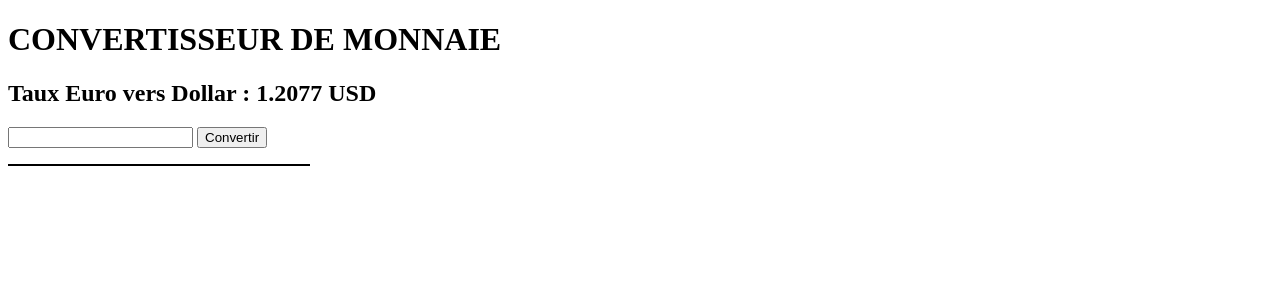
Repository: techmindconsulting/wordshiop-js
Page: index.html
These files come from the project's save history. The page is drawn as it stood at one moment and after the next save; the edit follows.
The browser window is 1280 px wide. The pictures show the whole page.

Above is the page before, as saved 2021-01-17 12:57:40.

### index.html
<!DOCTYPE html>
<html lang="en">
<head>
    <meta charset="UTF-8">
    <meta name="viewport" content="width=device-width, initial-scale=1.0">
    <title>Convertisseur</title>
    <script src="conversion.js"></script>
    <style>
        p {
            border: 1px solid black;
            width: 300px;
            height; 100px;
        }
    </style>
</head>
<body>
    <h1>CONVERTISSEUR DE MONNAIE</h1>
    <h2>Taux Euro vers Dollar : 1.2077 USD</h2>
    <input type="text" id="amount">
    <input type="button" value="Convertir" onClick=convertir()>
    <p id="resultat"></p>
</body>
</html>

### conversion.js
function convertir() {
    const CURRENCY = 1.2077;
    let resultat;
    let amount = document.getElementById('amount').value;
    resultat = amount * CURRENCY;

    console.log(resultat);

}

After the next save:
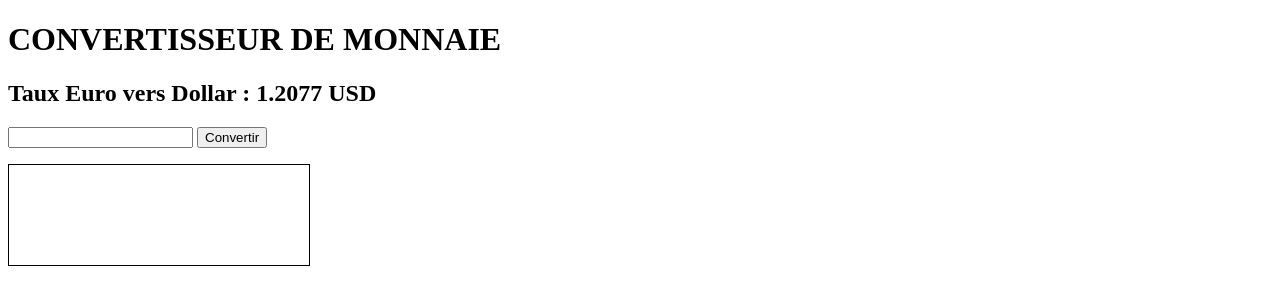
Saved 4 s later.
--- a/index.html
+++ b/index.html
@@ -9,7 +9,7 @@
         p {
             border: 1px solid black;
             width: 300px;
-            height; 100px;
+            height: 100px;
         }
     </style>
 </head>
